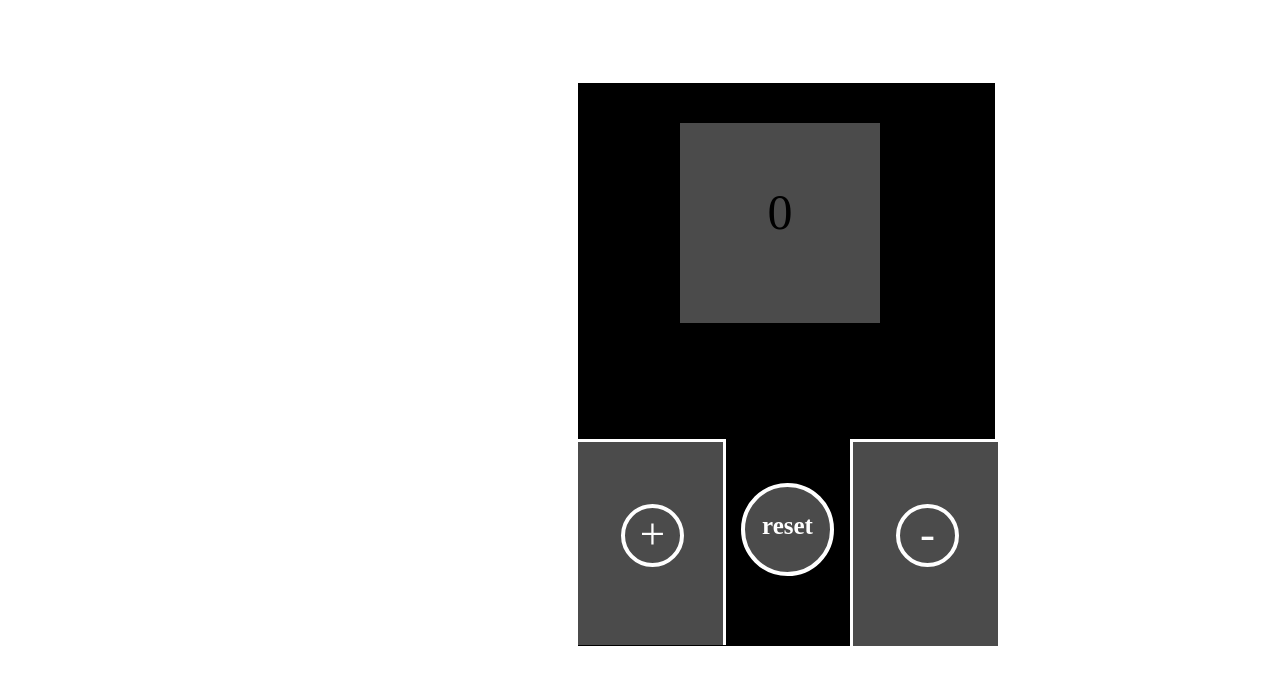
Repository: sara55m/Counter_App
Page: index.html
These files come from the project's save history. The page is drawn as it stood at one moment and after the next save; the edit follows.
The browser window is 1280 px wide. The pictures show the whole page.

Above is the page before, as saved 2024-07-31 18:37:20.

After the next save:
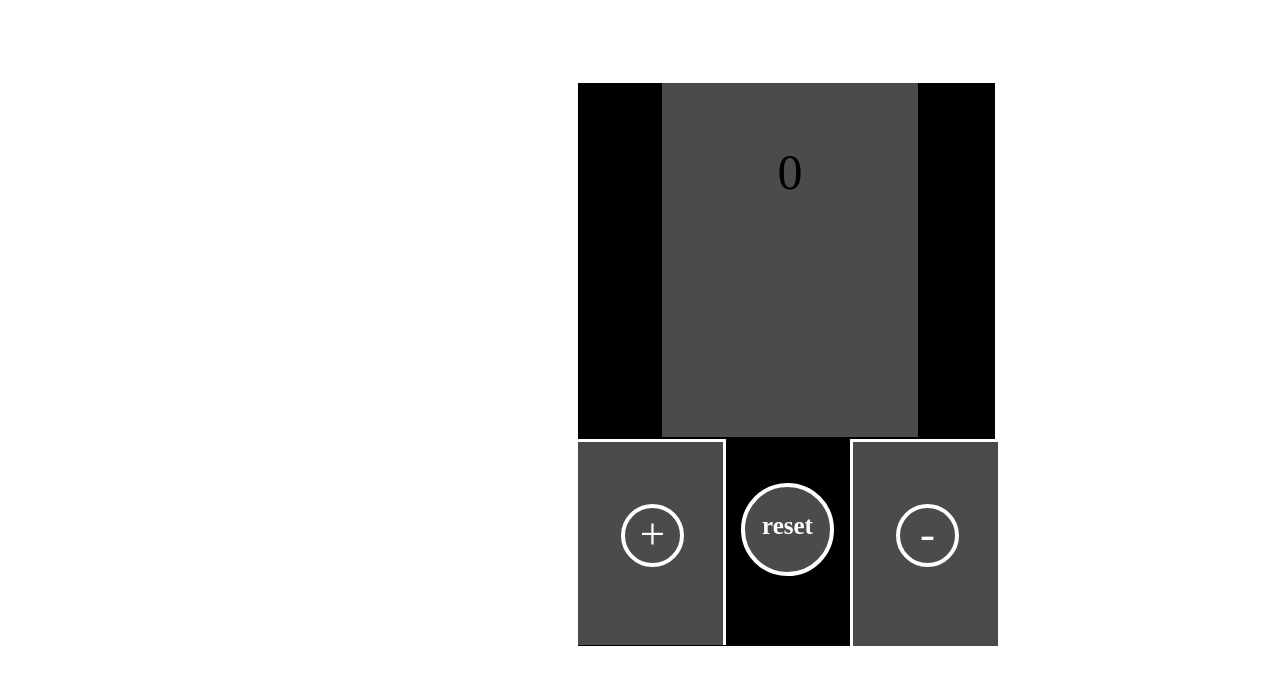
Saved 2 min 3 s later.
--- a/css/style.css
+++ b/css/style.css
@@ -14,10 +14,10 @@ p.one{
 
 .main{
     position:absolute;
-    top:40px;
-    left:102px;
-    height:180px;
-    width:180px;
+    top:0px;
+    left:84px;
+    height:334px;
+    width:236px;
 
     background-color:#4b4b4b;
     text-align: center;
